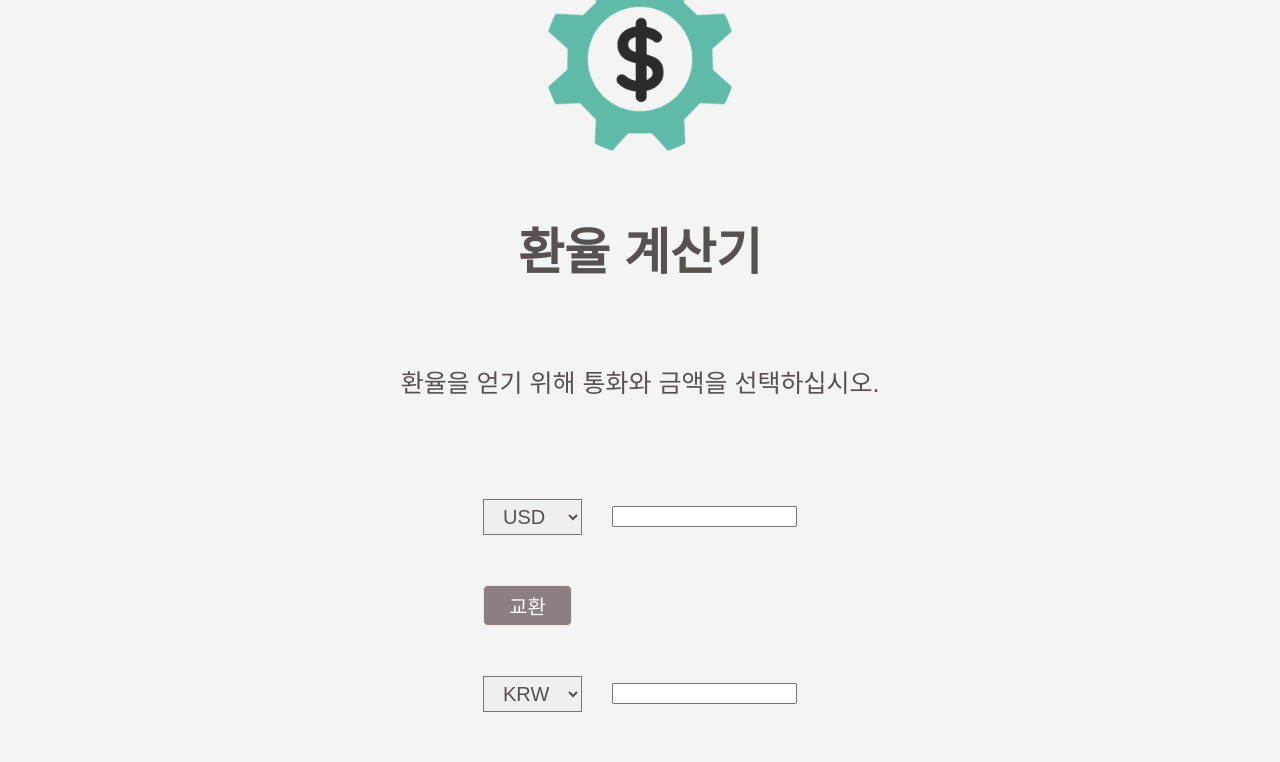
Repository: AbrorjonKuchkarov/exchange-rate
Page: index.html
These files come from the project's save history. The page is drawn as it stood at one moment and after the next save; the edit follows.
The browser window is 1280 px wide. The pictures show the whole page.

Above is the page before, as saved 2022-02-24 01:38:12.

### index.html
<!DOCTYPE html>
<html lang="en">
<head>
   <meta charset="UTF-8">
   <meta http-equiv="X-UA-Compatible" content="IE=edge">
   <meta name="viewport" content="width=device-width, initial-scale=1.0">
<link rel="stylesheet" href="style.css">
   <title>환율</title>
</head>
<body>
   <img src="img/money.png" alt="">
   <h1>환율 계산기 </h1>
   <p>환율을 얻기 위해 통화와 금액을 선택하십시오.</p>

   <div class="container">
      <div class="currency">
         <select id="selectOne">
            <option value="AED">AED</option>
            <option value="ARS">ARS</option>
            <option value="AUD">AUD</option>
            <option value="BGN">BGN</option>
            <option value="BRL">BRL</option>
            <option value="BSD">BSD</option>
            <option value="CAD">CAD</option>
            <option value="CHF">CHF</option>
            <option value="CLP">CLP</option>
            <option value="CNY">CNY</option>
            <option value="COP">COP</option>
            <option value="CZK">CZK</option>
            <option value="DKK">DKK</option>
            <option value="DOP">DOP</option>
            <option value="EGP">EGP</option>
            <option value="EUR">EUR</option>
            <option value="FJD">FJD</option>
            <option value="GBP">GBP</option>
            <option value="GTQ">GTQ</option>
            <option value="HKD">HKD</option>
            <option value="HRK">HRK</option>
            <option value="HUF">HUF</option>
            <option value="IDR">IDR</option>
            <option value="ILS">ILS</option>
            <option value="INR">INR</option>
            <option value="ISK">ISK</option>
            <option value="JPY">JPY</option>
            <option value="KRW">KRW</option>
            <option value="KZT">KZT</option>
            <option value="MXN">MXN</option>
            <option value="MYR">MYR</option>
            <option value="NOK">NOK</option>
            <option value="NZD">NZD</option>
            <option value="PAB">PAB</option>
            <option value="PEN">PEN</option>
            <option value="PHP">PHP</option>
            <option value="PKR">PKR</option>
            <option value="PLN">PLN</option>
            <option value="PYG">PYG</option>
            <option value="RON">RON</option>
            <option value="RUB">RUB</option>
            <option value="SAR">SAR</option>
            <option value="SEK">SEK</option>
            <option value="SGD">SGD</option>
            <option value="THB">THB</option>
            <option value="TRY">TRY</option>
            <option value="TWD">TWD</option>
            <option value="UAH">UAH</option>
            <option value="USD" selected>USD</option>
            <option value="UYU">UYU</option>
            <option value="VND">VND</option>
            <option value="ZAR">ZAR</option>
         </select>
         <input type="number" class="inputOne" >
      </div>

      <div class="swap">
         <button class="btn">교환</button>
         <div class="rate"></div>
      </div>

      <div class="currency">
         <select id="selectTwo">
         <option value="AED">AED</option>
         <option value="ARS">ARS</option>
         <option value="AUD">AUD</option>
         <option value="BGN">BGN</option>
         <option value="BRL">BRL</option>
         <option value="BSD">BSD</option>
         <option value="CAD">CAD</option>
         <option value="CHF">CHF</option>
         <option value="CLP">CLP</option>
         <option value="CNY">CNY</option>
         <option value="COP">COP</option>
         <option value="CZK">CZK</option>
         <option value="DKK">DKK</option>
         <option value="DOP">DOP</option>
         <option value="EGP">EGP</option>
         <option value="EUR">EUR</option>
         <option value="FJD">FJD</option>
         <option value="GBP">GBP</option>
         <option value="GTQ">GTQ</option>
         <option value="HKD">HKD</option>
         <option value="HRK">HRK</option>
         <option value="HUF">HUF</option>
         <option value="IDR">IDR</option>
         <option value="ILS">ILS</option>
         <option value="INR">INR</option>
         <option value="ISK">ISK</option>
         <option value="JPY">JPY</option>
         <option value="KRW" selected>KRW</option>
         <option value="KZT">KZT</option>
         <option value="MXN">MXN</option>
         <option value="MYR">MYR</option>
         <option value="NOK">NOK</option>
         <option value="NZD">NZD</option>
         <option value="PAB">PAB</option>
         <option value="PEN">PEN</option>
         <option value="PHP">PHP</option>
         <option value="PKR">PKR</option>
         <option value="PLN">PLN</option>
         <option value="PYG">PYG</option>
         <option value="RON">RON</option>
         <option value="RUB">RUB</option>
         <option value="SAR">SAR</option>
         <option value="SEK">SEK</option>
         <option value="SGD">SGD</option>
         <option value="THB">THB</option>
         <option value="TRY">TRY</option>
         <option value="TWD">TWD</option>
         <option value="UAH">UAH</option>
         <option value="USD">USD</option>
         <option value="UYU">UYU</option>
         <option value="VND">VND</option>
         <option value="ZAR">ZAR</option>
      </select>
      <input type="number" class="inputTwo" >
      </div>
   </div>




   <script src="app.js"></script>
</body>
</html>

### style.css
*{
   box-sizing: border-box;
}

body {
   font-family: Arial, Helvetica, sans-serif;
   margin: 0;
   display: flex;
   flex-direction: column;
   align-items: center;
   justify-content: center;
   height: 100vh;
   background-color: #f4f4f4;
   padding: 10px;
}

img {
   width: 200px;
}

h1{
   font-size: 50px;
   color: #575151;
   padding: 20px 0;
}

p{
   color: #575151;
   font-size: 25px;
   padding-bottom: 25px;
   text-align: center;
}

.btn{
   padding: 5px 25px;
   border-radius: 5px;
   border: 1px solid #f0e6e6;
   background-color: #8b7f7f;
   color: #fff;
   cursor: pointer;
   font-size: 20px;
}

.currency {
   margin: 30px 0;
   padding: 20px 0;
    display: flex;
   align-items: center;
   justify-content: space-between;
}

#selectOne,
#selectTwo{
   margin-right: 30px;
   font-size: 20px;
   color: #575151;
   padding: 5px 15px;
   background-image: url('data:[embedded picture, 475 characters]');

}

Loaded but not shown: app.js (no copy from this time; the picture is the same without it)

After the next save:
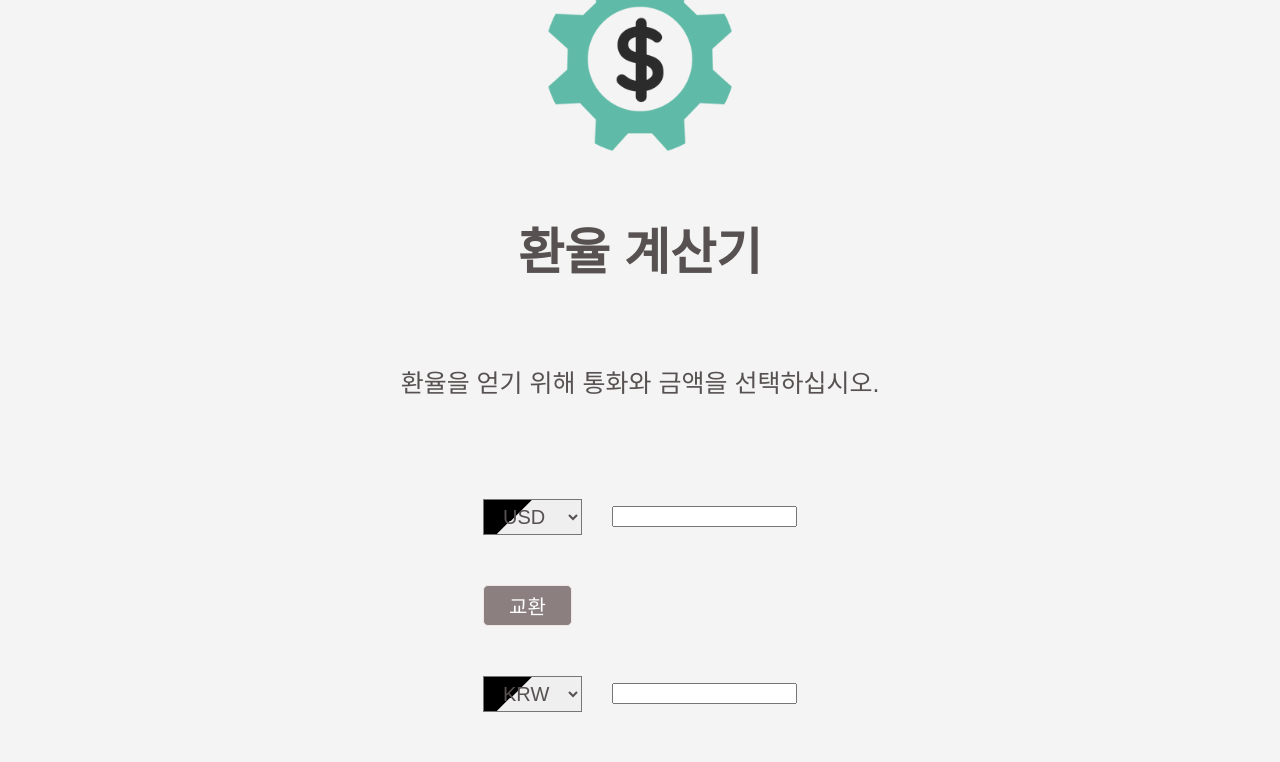
Saved 28 s later.
--- a/style.css
+++ b/style.css
@@ -56,5 +56,6 @@ p{
    color: #575151;
    padding: 5px 15px;
    background-image: url('data:[embedded picture, 475 characters]');
+   background-position: right 10px top 50%;
 
 }
